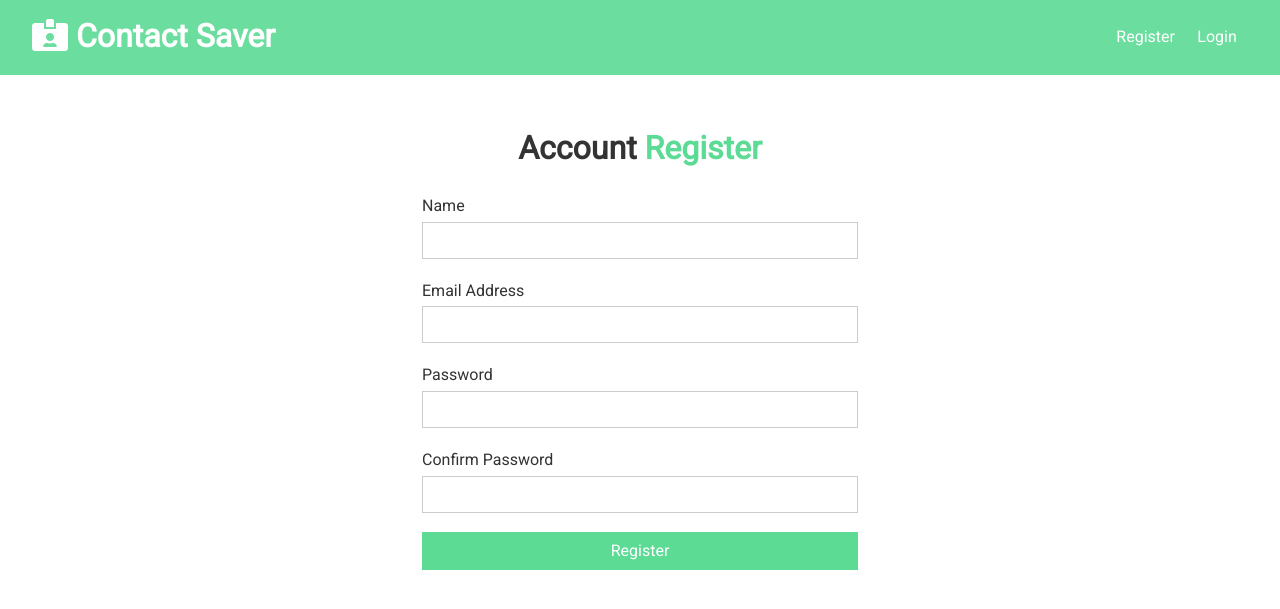
Repository: Art101-ui/Contact-keeper
Page: /register (app in client/)
An editor plug-in stored every save of this project. The page is shown before and after the next save, followed by the edit.
The browser window is 1280 px wide. The pictures show the whole page.
Some web libraries are served in a nearby version. The project was rebuilt for these pictures with package versions that can differ from the ones it lists, and the page was loaded fresh each time. Also part of the build but not shown: client/src/components/contacts/ContactsItem.js, client/src/components/layout/Spinner.js, client/src/components/contacts/Contacts.js, client/src/components/contacts/ContactForm.js, client/src/components/contacts/ContactsFilter.js, client/src/components/pages/Home.js, client/src/components/pages/About.js, client/src/components/layout/Alert.js and 2 more.

Above is the page before, as saved 2021-09-27 12:05:21.

### client/public/index.html
<!DOCTYPE html>
<html lang="en">
  <head>
    <meta charset="utf-8" />
    <link rel="icon" href="%PUBLIC_URL%/favicon.ico" />
    <link rel="stylesheet" href="https://pro.fontawesome.com/releases/v5.10.0/css/all.css" integrity="sha384-AYmEC3Yw5cVb3ZcuHtOA93w35dYTsvhLPVnYs9eStHfGJvOvKxVfELGroGkvsg+p" crossorigin="anonymous"/>
    <meta name="viewport" content="width=device-width, initial-scale=1" />
    <meta name="theme-color" content="#000000" />
    <meta
      name="description"
      content="Web site created using create-react-app"
    />
    <link rel="apple-touch-icon" href="%PUBLIC_URL%/logo192.png" />
    <link rel="manifest" href="%PUBLIC_URL%/manifest.json" />

    <title>Contact keeper</title>
  </head>
  <body>
    <noscript>You need to enable JavaScript to run this app.</noscript>
    <div id="root"></div>

  </body>
</html>

### client/src/index.js
import React from 'react';
import ReactDOM from 'react-dom';

import App from './App';


ReactDOM.render(

    <App />
  ,
  document.getElementById('root')
);

### client/src/App.js
import React, {Fragment} from 'react'
import {BrowserRouter as Router,Switch,Route} from 'react-router-dom'

import Navbar from './components/layout/Navbar';
import Home from './components/pages/Home';
import About from './components/pages/About';
import Alert from './components/layout/Alert'
import Register from './components/auth/Register';
import Login from './components/auth/Login';
import PrivateRoute from './components/routing/PrivateRoute';
import AlertState from './context/alert/AlertState';
import ContactState from './context/contact/ContactState';
import AuthState from './context/auth/AuthState';
import setAuthtoken from './components/utilis/setAuthtoken';
import './App.css';

if(localStorage.token){
  setAuthtoken(localStorage.token)
}

function App() {
  return (
    <AuthState>
      <ContactState>
       <AlertState>
          <Router>
            <Fragment>
              <Navbar/>
              <div className="container">
                <Alert/>
                <Switch>
                  <PrivateRoute exact path = '/' component = {Home}/>
                  <Route exact path = '/about' component = {About}/>
                  <Route exact path = '/register' component = {Register}/>
                  <Route exact path = '/login' component = {Login}/>
                </Switch>
              </div>
            </Fragment>
          </Router>
        </AlertState>
      </ContactState>
    </AuthState>
  );
}

export default App;

### client/src/components/layout/Navbar.js
import React,{useContext,Fragment} from 'react'
import PropTypes from 'prop-types'
import { Link } from 'react-router-dom'
import AuthContext from '../../context/auth/authContext'
import ContactContext from '../../context/contact/contactContext'



const Navbar = ({title,icon}) => {
    const authContext = useContext(AuthContext)

    const {clearContacts} = useContext(ContactContext)
    const {isAuthenticated,logout,user} =authContext


    const onLogout = ()=>{
        logout()
        clearContacts();
    }
    const authLinks = (
        <Fragment>
            <li>Hello {user && user.name}</li>
            <li>
                <a href="#!" onClick={onLogout}>
                    <i className="fas fa-sign-out-alt"> <span className="hide-sm">Logout</span> </i>
                </a>
            </li>
        </Fragment>
    )
    const guestLinks = (
        <Fragment>
            <li>
                   <Link to='/register'>Register</Link>
                </li>
                <li>
                   <Link to='/login'>Login</Link>
                </li>
        </Fragment>
    )
    return (
        <div className="navbar bg-primary">
            <h1>
              <i className={icon}/> {title}
            </h1>
            <ul>
                {isAuthenticated ? authLinks : guestLinks}

            </ul>
        </div>
    )
}

Navbar.propTypes={
    title:PropTypes.string.isRequired,
    icon:PropTypes.string
}

Navbar.defaultProps = {
    title: "Contact Saver",
    icon: "fas fa-id-card-alt"
}

export default Navbar

### client/src/components/auth/Register.js
import React,{useContext, useState,useEffect} from 'react'
import AlertContext from '../../context/alert/alertContext'
import AuthContext from '../../context/auth/authContext'

const Register = (props) => {
    const alertContext = useContext(AlertContext)
    const authContext = useContext(AuthContext)
    const {setAlert} = alertContext
    const {register,error,clearErrors,isAuthenticated} = authContext

    useEffect(()=>{
        if(isAuthenticated){
            props.history.push('/')
        }
        if(error ==='User already exists'){
            setAlert(error,'danger')
            clearErrors()
        }


        // eslint-disable-next-line
    },[error,isAuthenticated, props.history])
    const [user,setUser]=useState({
        name:'',
        email:'',
        password:'',
        password2:''
    })

    const {name,email,password,password2} = user

    const onChange = (e)=>
       setUser({
           ...user,[e.target.name] : e.target.value
       })
    const onSubmit = (e)=>{
        e.preventDefault()
        if(name===''||email===''||password===''){
            setAlert('Please enter all fields','danger')
        }else if(password!==password2){
            setAlert('Passwords do not match','danger')
        }else{
            register({name,password,email})
        }
    }



    return (
        <div className="form-container">
            <h1>Account <span className="text-primary">Register</span></h1>
            <form onSubmit={onSubmit} >
                <div className="form-group">
                    <label htmlFor="name"/>Name
                    <input type="text" name="name" value={name} onChange={onChange} required />
                </div>
                <div className="form-group">
                    <label htmlFor="email"/>Email Address
                    <input type="email" name="email" value={email} onChange={onChange} required  />
                </div>
                <div className="form-group">
                    <label htmlFor="password"/>Password
                    <input type="password" name="password" value={password} onChange={onChange} required minLength='6'/>
                </div>
                <div className="form-group">
                    <label htmlFor="password2"/>Confirm Password
                    <input type="password" name="password2" value={password2} onChange={onChange} required minLength='6' />
                </div>
                <input type="submit" value="Register" className='btn btn-primary btn-block'  />
            </form>
        </div>
    )
}

export default Register

### client/src/context/alert/AlertState.js
import React, {useReducer}from "react";
import AlertContext from "./alertContext"
import { v4 as uuidv4 } from 'uuid';
import AlertReducer from "./alertReducer"

import {
    SET_ALERT,
    REMOVE_ALERT
} from '../type'

const AlertState = props => {
    const initialState = []

    const [state, dispatch] = useReducer(AlertReducer, initialState)

    //Set Alert
   const setAlert =(msg,type)=>{
       const id= uuidv4()
       dispatch({
           type:SET_ALERT,
           payload:{msg,type,id}
       })

       setTimeout(()=> dispatch({
           type:REMOVE_ALERT,
           payload:id
       }),5000)
   }

    return(
       <AlertContext.Provider
       value={{
          alerts:state,
          setAlert
       }}>
           {props.children}
       </AlertContext.Provider>
    )
}

export default AlertState

### client/src/context/auth/AuthState.js
import React, {useReducer}from "react";
import AuthContext from "./authContext"
import AuthReducer from "./authReducer"
import axios from "axios";
import setAuthtoken from "../../components/utilis/setAuthtoken";


import {
    REGISTER_FAIL,
    USER_LOADED,
    AUTH_ERROR,
    LOGIN_SUCCESS,
    LOGIN_FAIL,
    LOGOUT,
    CLEAR_ERRORS,
    REGISTER_SUCCESS
} from '../type'

const AuthState = props => {
    const initialState = {
        token:localStorage.getItem('token'),
        isAuthenticated:null,
        loading:true,
        error:null,
        user:null

    }

    const [state, dispatch] = useReducer(AuthReducer, initialState)

    // Load User
    const loadUser = async ()=>{
        if(localStorage.token){
            setAuthtoken(localStorage.token)
        }
        try {
            const res = await axios.get('/api/auth')
            dispatch({
                type:USER_LOADED,
                payload:res.data
            })
        } catch (err) {
           dispatch({
               type:AUTH_ERROR
           })
        }
    }
    // Register User
    const register =async formData =>{
        const config = {
            headers:{
                "Content-Type":"application/json"
            }
        }
        try{
            const res = await axios.post('/api/users',formData,config)
            dispatch({
                type:REGISTER_SUCCESS,
                payload:res.data
            })
            loadUser()
        }catch(err){
            dispatch({
                type:REGISTER_FAIL,
                payload : err.response.data.msg

            })
        }

    }
    // Login User
    const login =async formData =>{
        const config = {
            headers:{
                "Content-Type":"application/json"
            }
        }
        try{
            const res = await axios.post('/api/auth',formData,config)
            dispatch({
                type:LOGIN_SUCCESS,
                payload:res.data
            })
            loadUser()
        }catch(err){
            dispatch({
                type:LOGIN_FAIL,
                payload : err.response.data.msg

            })
        }

    }
    // Logout
    const logout =()=>{
        dispatch({
            type:LOGOUT
        })
    }
    // Clear Errors
    const clearErrors = ()=>dispatch({
        type:CLEAR_ERRORS
    })

    return(
       <AuthContext.Provider
       value={{
           token:state.token,
           isAuthenticated: state.isAuthenticated,
           loading:state.loading,
           user:state.user,
           error:state.error,
           register,
           clearErrors,
           loadUser,
           login,
           logout
       }}>
           {props.children}
       </AuthContext.Provider>
    )
}

export default AuthState

### client/src/components/utilis/setAuthtoken.js
import axios from "axios";

const setAuthtoken = token =>{
    if(token){
        axios.defaults.headers.common['x-auth-token']=token;
    }else{
        delete axios.defaults.headers.common['x-auth-token']
    }
}


export default setAuthtoken

### client/src/App.css
@import url('https://fonts.googleapis.com/css?family=Roboto');

/* Global Styles */
:root {
  --primary-color: #5CDB95;
  --dark-color: #333333;
  --light-color: #f4f4f4;
  --danger-color: #dc3545;
  --success-color: #28a745;
}

* {
  box-sizing: border-box;
  margin: 0;
  padding: 0;
}

body {
  font-family: 'Roboto', sans-serif;
  font-size: 1rem;
  line-height: 1.6;
  background-color: #fff;
  color: #333;
}

a {
  color: var(--primary-color);
  text-decoration: none;
}

a:hover {
  color: #666;
}

ul {
  list-style: none;
}

img {
  width: 100%;
}

/* Utilities */
.container {
  max-width: 1100px;
  margin: auto;
  overflow: hidden;
  padding: 0 2rem;
}

/* Text Styles*/
.x-large {
  font-size: 4rem;
  line-height: 1.2;
  margin-bottom: 1rem;
}

.large {
  font-size: 3rem;
  line-height: 1.2;
  margin-bottom: 1rem;
}

.lead {
  font-size: 1.5rem;
  margin-bottom: 1rem;
}

.text-center {
  text-align: center;
}

.text-primary {
  color: var(--primary-color);
}

.text-dark {
  color: var(--dark-color);
}

.text-center {
  text-align: center;
}

.text-right {
  text-align: right;
}

.text-left {
  text-align: left;
}

/* Cards */
.card {
  padding: 1rem;
  border: #ccc 1px dotted;
  margin: 0.7rem 0;
}

/* List */
.list {
  margin: 0.5rem 0;
}

.list li {
  padding-bottom: 0.3rem;
}

/* Padding */
.p {
  padding: 0.5rem;
}
.p-1 {
  padding: 1rem;
}
.p-2 {
  padding: 2rem;
}
.p-3 {
  padding: 3rem;
}
.py {
  padding: 0.5rem 0;
}
.py-1 {
  padding: 1rem 0;
}
.py-2 {
  padding: 2rem 0;
}
.py-3 {
  padding: 3rem 0;
}

/* Margin */
.m {
  margin: 0.5rem;
}
.m-1 {
  margin: 1rem;
}
.m-2 {
  margin: 2rem;
}
.m-3 {
  margin: 3rem;
}
.my {
  margin: 0.5rem 0;
}
.my-1 {
  margin: 1rem 0;
}
.my-2 {
  margin: 2rem 0;
}
.my-3 {
  margin: 3rem 0;
}

/* Grid */
.grid-2 {
  display: grid;
  grid-template-columns: repeat(2, 1fr);
  grid-gap: 2rem;
}

.grid-3 {
  display: grid;
  grid-template-columns: repeat(3, 1fr);
  grid-gap: 1rem;
}

.grid-4 {
  display: grid;
  grid-template-columns: repeat(4, 1fr);
  grid-gap: 2rem;
}

.grid-2-3 {
  display: grid;
  grid-template-columns: 2fr 3fr;
  grid-gap: 2rem;
}

.btn {
  display: inline-block;
  background: var(--light-color);
  color: #333;
  padding: 0.4rem 1.3rem;
  font-size: 1rem;
  border: none;
  cursor: pointer;
  margin-right: 0.5rem;
  transition: opacity 0.2s ease-in;
  outline: none;
}

.btn-link {
  background: none;
  padding: 0;
  margin: 0;
}

.btn-block {
  display: block;
  width: 100%;
}

.btn-sm {
  font-size: 0.8rem;
  padding: 0.3rem 1rem;
  margin-right: 0.2rem;
}

.badge {
  font-size: 0.8rem;
  padding: 0.2rem 0.7rem;
  text-align: center;
  margin: 0.3rem;
  background: var(--light-color);
  color: #333;
  border-radius: 5px;
}

.alert {
  padding: 0.7rem;
  margin: 1rem 0;
  opacity: 0.9;
  background: var(--light-color);
  color: #333;
}

.btn-primary,
.bg-primary,
.badge-primary,
.alert-primary {
  background: var(--primary-color);
  color: #fff;
}

.btn-light,
.bg-light,
.badge-light,
.alert-light {
  background: var(--light-color);
  color: #333;
}

.btn-dark,
.bg-dark,
.badge-dark,
.alert-dark {
  background: var(--dark-color);
  color: #fff;
}

.btn-danger,
.bg-danger,
.badge-danger,
.alert-danger {
  background: var(--danger-color);
  color: #fff;
}

.btn-success,
.bg-success,
.badge-success,
.alert-success {
  background: var(--success-color);
  color: #fff;
}

.btn-white,
.bg-white,
.badge-white,
.alert-white {
  background: #fff;
  color: #333;
  border: #ccc solid 1px;
}

.btn:hover {
  opacity: 0.8;
}

.bg-light,
.badge-light {
  border: #ccc solid 1px;
}

.round-img {
  border-radius: 50%;
}

/* Forms */
input {
  margin: 1.2rem 0;
}

.form-text {
  display: block;
  margin-top: 0.3rem;
  color: #888;
}

input[type='text'],
input[type='email'],
input[type='password'],
input[type='date'],
input[type='number'],
select,
textarea {
  display: block;
  width: 100%;
  padding: 0.4rem;
  font-size: 1.2rem;
  border: 1px solid #ccc;
}

input[type='submit'],
button {
  font: inherit;
}

/* input:required:invalid {
  border-color: #c00000;
} */

.form-group {
  margin: 1.2rem 0;
}

.form-group input {
  margin: 0.2rem 0;
}

.form-container {
  max-width: 500px;
  margin: 2rem auto;
  overflow: hidden;
  padding: 0 2rem;
}

.form-container h1,
h2,
h3 {
  text-align: center;
}

table th,
table td {
  padding: 1rem;
  text-align: left;
}

table th {
  background: var(--light-color);
}

/* Navbar */
.navbar {
  display: flex;
  justify-content: space-between;
  align-items: center;
  padding: 0.7rem 2rem;
  z-index: 1;
  width: 100%;
  border-bottom: solid 1px var(--primary-color);
  opacity: 0.9;
  margin-bottom: 1rem;
}

.navbar ul {
  display: flex;
}

.navbar a {
  color: #fff;
  padding: 0.45rem;
  margin: 0 0.25rem;
}

.navbar a:hover {
  color: var(--light-color);
}

.navbar .welcome span {
  margin-right: 0.6rem;
}

/* Animation (Add After) */
.item-enter {
  opacity: 0;
}
.item-enter-active {
  opacity: 1;
  transition: opacity 500ms ease-in;
}
.item-exit {
  opacity: 1;
}
.item-exit-active {
  opacity: 0;
  transition: opacity 500ms ease-in;
}

/* Mobile Styles */
@media (max-width: 700px) {
  .hide-sm {
    display: none;
  }

  .grid-2,
  .grid-3,
  .grid-4 {
    grid-template-columns: 1fr;
  }

  /* Text Styles */
  .x-large {
    font-size: 3rem;
  }

  .large {
    font-size: 2rem;
  }

  .lead {
    font-size: 1rem;
  }

  /* Navbar */
  .navbar {
    display: block;
    text-align: center;
  }

  .navbar h1 {
    margin-bottom: 0.6rem;
  }

  .navbar ul {
    text-align: center;
    justify-content: center;
  }
}

### client/src/context/auth/authContext.js
import { createContext } from "react";

const authContext = createContext()

export default authContext

### client/src/context/contact/contactContext.js
import { createContext } from "react";

const contactContext = createContext()

export default contactContext;

### client/src/context/alert/alertContext.js
import { createContext } from "react";

const alertContext = createContext()

export default alertContext

### client/src/context/alert/alertReducer.js
import {
    SET_ALERT,
    REMOVE_ALERT
} from '../type'

// eslint-disable-next-line
export default (state,action)=>{
   switch(action.type){
       case SET_ALERT:
           return[
               ...state,action.payload
           ]
       case REMOVE_ALERT:
           return state.filter(alert=>alert.id!==action.payload)

        default:
          return state
   }
}

### client/src/context/type.js
export const GET_CONTACTS = 'GET_CONTACTS';
export const ADD_CONTACT = 'ADD_CONTACT';
export const DELETE_CONTACT = 'DELETE_CONTACT';
export const SET_CURRENT = 'SET_CURRENT';
export const CLEAR_CURRENT = 'CLEAR_CURRENT';
export const UPDATE_CONTACT = 'UPDATE_CONTACT';
export const FILTER_CONTACTS = 'FILTER_CONTACTS';
export const CLEAR_CONTACTS = 'CLEAR_CONTACTS';
export const CONTACT_ERROR = 'CONTACT_ERROR';
export const CLEAR_FILTER = 'CLEAR_FILTER';
export const SET_ALERT = 'SET_ALERT';
export const REMOVE_ALERT = 'REMOVE_ALERT';
export const REGISTER_SUCCESS = 'REGISTER_SUCCESS';
export const REGISTER_FAIL = 'REGISTER_FAIL';
export const USER_LOADED = 'USER_LOADED';
export const AUTH_ERROR = 'AUTH_ERROR';
export const LOGIN_SUCCESS = 'LOGIN_SUCCESS';
export const LOGIN_FAIL = 'LOGIN_FAIL';
export const LOGOUT = 'LOGOUT';
export const CLEAR_ERRORS = 'CLEAR_ERRORS';

### client/src/context/contact/contactReducer.js
import {
    GET_CONTACTS,
    ADD_CONTACT,
    DELETE_CONTACT,
    SET_CURRENT,
    CLEAR_CURRENT,
    UPDATE_CONTACT,
    CLEAR_CONTACTS,
    FILTER_CONTACTS,
    CLEAR_FILTER,
    CONTACT_ERROR

} from '../type'


// eslint-disable-next-line
export default (state,action) =>  {

        switch (action.type) {
            case ADD_CONTACT:
                return{
                    ...state,
                    contacts:[action.payload,...state.contacts],
                    loading:false
                }

            case GET_CONTACTS:
                return{
                    ...state,
                    contacts:action.payload,
                    loading:false

                }

            case DELETE_CONTACT:
                return{
                    ...state,
                    contacts:state.contacts.filter(contact=>contact._id!==action.payload),
                    loading:false
                }
             case UPDATE_CONTACT:
                    return{
                        ...state,
                        contacts:state.contacts.map(contact=>contact._id===action.payload._id ? action.payload : contact),
                        loading:false
                    }
            case CLEAR_CONTACTS:
                return{
                    ...state,
                    contacts:null,
                    filtered:null,
                    error:null,
                    current:null
                }
            case SET_CURRENT:
                return{
                    ...state,
                    current:action.payload
                }
            case FILTER_CONTACTS:
                return{
                    ...state,
                   filtered:state.contacts.filter(contact=>
                    {
                        const regEx = new RegExp(`${action.payload}`,'gi')
                        return contact.name.match(regEx)||contact.email.match(regEx)|| contact.phone.match(regEx)
                    })
                }
            case CLEAR_FILTER:
                return{
                    ...state,
                    filtered:null
                }
            case CLEAR_CURRENT:
                return{
                    ...state,
                    current:null
                }
            case CONTACT_ERROR:
                return{
                    ...state,
                    error:action.payload
                }


            default:
                return{
                    state
                }
        }

}

### client/src/context/auth/authReducer.js
import {
    REGISTER_FAIL,
    REGISTER_SUCCESS,
    USER_LOADED,
    AUTH_ERROR,
    LOGIN_SUCCESS,
    LOGIN_FAIL,
    LOGOUT,
    CLEAR_ERRORS
} from '../type'


// eslint-disable-next-line
export default (state,action) => {
    switch (action.type) {
        case REGISTER_SUCCESS:
        case LOGIN_SUCCESS:
            localStorage.setItem('token',
            action.payload.token)
            return{
               ...state,
               ...action.payload,isAuthenticated:true,loading:false
            }
// eslint-disable-next-line
        case REGISTER_FAIL:
        case AUTH_ERROR:
        case LOGIN_FAIL:
        case LOGOUT:
            localStorage.removeItem('token')
            return{
               ...state,
               token:null,isAuthenticated:false,loading:false,
               user:null,
               error:action.payload
            }
            // eslint-disable-next-line
            console.log(state.error)
// eslint-disable-next-line
        case USER_LOADED:
            return{
               ...state,
               isAuthenticated:true,loading:false,
               user:action.payload
            }

// eslint-disable-next-line
        case CLEAR_ERRORS:
            return{
               ...state,
               error:null
            }



        default:
           return state
    }
}

Loaded but not shown: client/src/context/contact/ContactState.js (163 lines, source omitted)

After the next save:
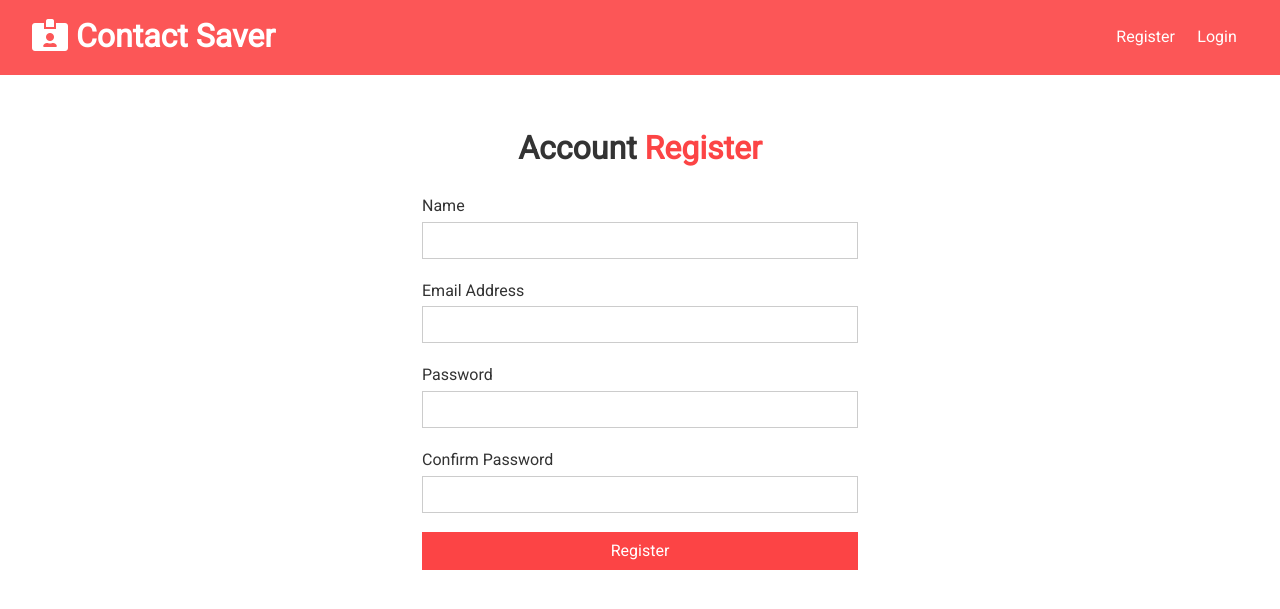
Saved 116 s later.
--- a/client/src/App.css
+++ b/client/src/App.css
@@ -2,7 +2,7 @@
 
 /* Global Styles */
 :root {
-  --primary-color: #5CDB95;
+  --primary-color: #FC4445;
   --dark-color: #333333;
   --light-color: #f4f4f4;
   --danger-color: #dc3545;
